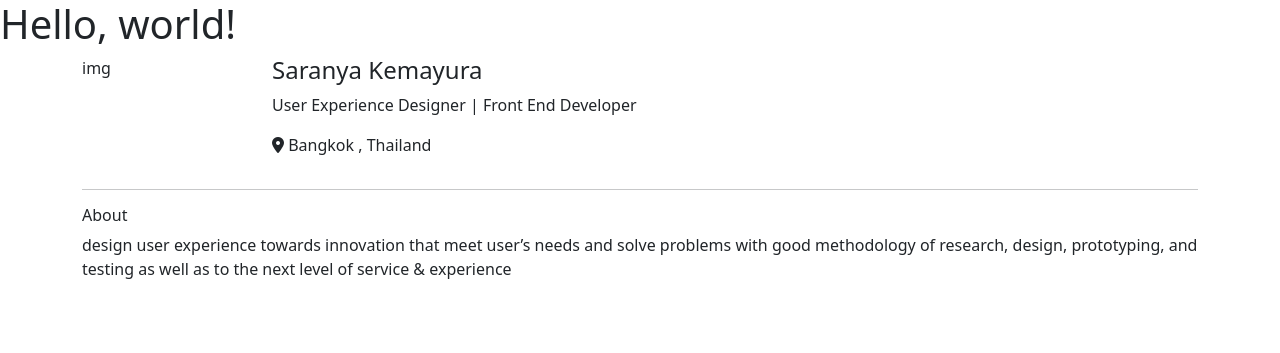
Repository: 0910th/portfolio
Page: index.html
The author's editor kept a copy of each file at every save. The page is drawn from the files as they stood at one save, then again after the next save.
The browser window is 1280 px wide. The pictures show the whole page.

Above is the page before, as saved 2022-12-12 10:02:21.

### index.html
<!doctype html>
<html lang="en">

<head>
    <meta charset="utf-8">
    <meta name="viewport" content="width=device-width, initial-scale=1">
    <title>Saranya Portfolio</title>

    <link href="./css/bootstrap.min.css" rel="stylesheet" crossorigin="anonymous">
    <link href="./css/mystyle.css" rel="stylesheet" crossorigin="anonymous">
    <!--font awesome -->
    <link rel="stylesheet" href="./fontawesome/css/all.css" type="text/css">
    <link rel="stylesheet" href="./fontawesome/css/fontawesome.css">
    <link rel="stylesheet" href="./fontawesome/css/brands.css">
    <link rel="stylesheet" href="./fontawesome/css/solid.css">
</head>

<body>
    <h1>Hello, world!</h1>
    <div class="container-md">
        <!-- Content here -->
        <!-- section01 Name  -->
        <div class="row justify-content-start">
            <div class="col-2 text-right">
                img
            </div>
            <div class="col-10">
                <h4>Saranya Kemayura</h4>
                <p>User Experience Designer | Front End Developer</p>
                <p><i class="fa-solid fa-location-dot"></i> Bangkok , Thailand </p>
            </div>

        </div>
        <hr>
        <div class="row">

            <h6>About</h6>
            <p>design user experience towards innovation that meet user’s needs and solve problems with good methodology of
                research,
                design, prototyping, and testing as well as to the next level of service & experience</p>
        </div>


    </div>




    <!-- script -->
    <script src="https://cdn.jsdelivr.net/npm/@popperjs/core@2.11.6/dist/umd/popper.min.js"
        integrity="sha384-oBqDVmMz9ATKxIep9tiCxS/Z9fNfEXiDAYTujMAeBAsjFuCZSmKbSSUnQlmh/jp3"
        crossorigin="anonymous"></script>
    <script src="https://cdn.jsdelivr.net/npm/bootstrap@5.2.3/dist/js/bootstrap.min.js"
        integrity="sha384-cuYeSxntonz0PPNlHhBs68uyIAVpIIOZZ5JqeqvYYIcEL727kskC66kF92t6Xl2V"
        crossorigin="anonymous"></script>
</body>

</html>

### fontawesome/css/brands.css
/*!
 * Font Awesome Free 6.1.1 by @fontawesome - https://fontawesome.com
 * License - https://fontawesome.com/license/free (Icons: CC BY 4.0, Fonts: SIL OFL 1.1, Code: MIT License)
 * Copyright 2022 Fonticons, Inc.
 */
:root, :host {
  --fa-font-brands: normal 400 1em/1 "Font Awesome 6 Brands"; }

@font-face {
  font-family: 'Font Awesome 6 Brands';
  font-style: normal;
  font-weight: 400;
  font-display: block;
  src: url("../webfonts/fa-brands-400.woff2") format("woff2"), url("../webfonts/fa-brands-400.ttf") format("truetype"); }

.fab,
.fa-brands {
  font-family: 'Font Awesome 6 Brands';
  font-weight: 400; }

.fa-42-group:before {
  content: "\e080"; }

.fa-innosoft:before {
  content: "\e080"; }

.fa-500px:before {
  content: "\f26e"; }

.fa-accessible-icon:before {
  content: "\f368"; }

.fa-accusoft:before {
  content: "\f369"; }

.fa-adn:before {
  content: "\f170"; }

.fa-adversal:before {
  content: "\f36a"; }

.fa-affiliatetheme:before {
  content: "\f36b"; }

.fa-airbnb:before {
  content: "\f834"; }

.fa-algolia:before {
  content: "\f36c"; }

.fa-alipay:before {
  content: "\f642"; }

.fa-amazon:before {
  content: "\f270"; }

.fa-amazon-pay:before {
  content: "\f42c"; }

.fa-amilia:before {
  content: "\f36d"; }

.fa-android:before {
  content: "\f17b"; }

.fa-angellist:before {
  content: "\f209"; }

.fa-angrycreative:before {
  content: "\f36e"; }

.fa-angular:before {
  content: "\f420"; }

.fa-app-store:before {
  content: "\f36f"; }

.fa-app-store-ios:before {
  content: "\f370"; }

.fa-apper:before {
  content: "\f371"; }

.fa-apple:before {
  content: "\f179"; }

.fa-apple-pay:before {
  content: "\f415"; }

.fa-artstation:before {
  content: "\f77a"; }

.fa-asymmetrik:before {
  content: "\f372"; }

.fa-atlassian:before {
  content: "\f77b"; }

.fa-audible:before {
  content: "\f373"; }

.fa-autoprefixer:before {
  content: "\f41c"; }

.fa-avianex:before {
  content: "\f374"; }

.fa-aviato:before {
  content: "\f421"; }

.fa-aws:before {
  content: "\f375"; }

.fa-bandcamp:before {
  content: "\f2d5"; }

.fa-battle-net:before {
  content: "\f835"; }

.fa-behance:before {
  content: "\f1b4"; }

.fa-behance-square:before {
  content: "\f1b5"; }

.fa-bilibili:before {
  content: "\e3d9"; }

.fa-bimobject:before {
  content: "\f378"; }

.fa-bitbucket:before {
  content: "\f171"; }

.fa-bitcoin:before {
  content: "\f379"; }

.fa-bity:before {
  content: "\f37a"; }

.fa-black-tie:before {
  content: "\f27e"; }

.fa-blackberry:before {
  content: "\f37b"; }

.fa-blogger:before {
  content: "\f37c"; }

.fa-blogger-b:before {
  content: "\f37d"; }

.fa-bluetooth:before {
  content: "\f293"; }

.fa-bluetooth-b:before {
  content: "\f294"; }

.fa-bootstrap:before {
  content: "\f836"; }

.fa-bots:before {
  content: "\e340"; }

.fa-btc:before {
  content: "\f15a"; }

.fa-buffer:before {
  content: "\f837"; }

.fa-buromobelexperte:before {
  content: "\f37f"; }

.fa-buy-n-large:before {
  content: "\f8a6"; }

.fa-buysellads:before {
  content: "\f20d"; }

.fa-canadian-maple-leaf:before {
  content: "\f785"; }

.fa-cc-amazon-pay:before {
  content: "\f42d"; }

.fa-cc-amex:before {
  content: "\f1f3"; }

.fa-cc-apple-pay:before {
  content: "\f416"; }

.fa-cc-diners-club:before {
  content: "\f24c"; }

.fa-cc-discover:before {
  content: "\f1f2"; }

.fa-cc-jcb:before {
  content: "\f24b"; }

.fa-cc-mastercard:before {
  content: "\f1f1"; }

.fa-cc-paypal:before {
  content: "\f1f4"; }

.fa-cc-stripe:before {
  content: "\f1f5"; }

.fa-cc-visa:before {
  content: "\f1f0"; }

.fa-centercode:before {
  content: "\f380"; }

.fa-centos:before {
  content: "\f789"; }

.fa-chrome:before {
  content: "\f268"; }

.fa-chromecast:before {
  content: "\f838"; }

.fa-cloudflare:before {
  content: "\e07d"; }

.fa-cloudscale:before {
  content: "\f383"; }

.fa-cloudsmith:before {
  content: "\f384"; }

.fa-cloudversify:before {
  content: "\f385"; }

.fa-cmplid:before {
  content: "\e360"; }

.fa-codepen:before {
  content: "\f1cb"; }

.fa-codiepie:before {
  content: "\f284"; }

.fa-confluence:before {
  content: "\f78d"; }

.fa-connectdevelop:before {
  content: "\f20e"; }

.fa-contao:before {
  content: "\f26d"; }

.fa-cotton-bureau:before {
  content: "\f89e"; }

.fa-cpanel:before {
  content: "\f388"; }

.fa-creative-commons:before {
  content: "\f25e"; }

.fa-creative-commons-by:before {
  content: "\f4e7"; }

.fa-creative-commons-nc:before {
  content: "\f4e8"; }

.fa-creative-commons-nc-eu:before {
  content: "\f4e9"; }

.fa-creative-commons-nc-jp:before {
  content: "\f4ea"; }

.fa-creative-commons-nd:before {
  content: "\f4eb"; }

.fa-creative-commons-pd:before {
  content: "\f4ec"; }

.fa-creative-commons-pd-alt:before {
  content: "\f4ed"; }

.fa-creative-commons-remix:before {
  content: "\f4ee"; }

.fa-creative-commons-sa:before {
  content: "\f4ef"; }

.fa-creative-commons-sampling:before {
  content: "\f4f0"; }

.fa-creative-commons-sampling-plus:before {
  content: "\f4f1"; }

.fa-creative-commons-share:before {
  content: "\f4f2"; }

.fa-creative-commons-zero:before {
  content: "\f4f3"; }

.fa-critical-role:before {
  content: "\f6c9"; }

.fa-css3:before {
  content: "\f13c"; }

.fa-css3-alt:before {
  content: "\f38b"; }

.fa-cuttlefish:before {
  content: "\f38c"; }

.fa-d-and-d:before {
  content: "\f38d"; }

.fa-d-and-d-beyond:before {
  content: "\f6ca"; }

.fa-dailymotion:before {
  content: "\e052"; }

.fa-dashcube:before {
  content: "\f210"; }

.fa-deezer:before {
  content: "\e077"; }

.fa-delicious:before {
  content: "\f1a5"; }

.fa-deploydog:before {
  content: "\f38e"; }

.fa-deskpro:before {
  content: "\f38f"; }

.fa-dev:before {
  content: "\f6cc"; }

.fa-deviantart:before {
  content: "\f1bd"; }

.fa-dhl:before {
  content: "\f790"; }

.fa-diaspora:before {
  content: "\f791"; }

.fa-digg:before {
  content: "\f1a6"; }

.fa-digital-ocean:before {
  content: "\f391"; }

.fa-discord:before {
  content: "\f392"; }

.fa-discourse:before {
  content: "\f393"; }

.fa-dochub:before {
  content: "\f394"; }

.fa-docker:before {
  content: "\f395"; }

.fa-draft2digital:before {
  content: "\f396"; }

.fa-dribbble:before {
  content: "\f17d"; }

.fa-dribbble-square:before {
  content: "\f397"; }

.fa-dropbox:before {
  content: "\f16b"; }

.fa-drupal:before {
  content: "\f1a9"; }

.fa-dyalog:before {
  content: "\f399"; }

.fa-earlybirds:before {
  content: "\f39a"; }

.fa-ebay:before {
  content: "\f4f4"; }

.fa-edge:before {
  content: "\f282"; }

.fa-edge-legacy:before {
  content: "\e078"; }

.fa-elementor:before {
  content: "\f430"; }

.fa-ello:before {
  content: "\f5f1"; }

.fa-ember:before {
  content: "\f423"; }

.fa-empire:before {
  content: "\f1d1"; }

.fa-envira:before {
  content: "\f299"; }

.fa-erlang:before {
  content: "\f39d"; }

.fa-ethereum:before {
  content: "\f42e"; }

.fa-etsy:before {
  content: "\f2d7"; }

.fa-evernote:before {
  content: "\f839"; }

.fa-expeditedssl:before {
  content: "\f23e"; }

.fa-facebook:before {
  content: "\f09a"; }

.fa-facebook-f:before {
  content: "\f39e"; }

.fa-facebook-messenger:before {
  content: "\f39f"; }

.fa-facebook-square:before {
  content: "\f082"; }

.fa-fantasy-flight-games:before {
  content: "\f6dc"; }

.fa-fedex:before {
  content: "\f797"; }

.fa-fedora:before {
  content: "\f798"; }

.fa-figma:before {
  content: "\f799"; }

.fa-firefox:before {
  content: "\f269"; }

.fa-firefox-browser:before {
  content: "\e007"; }

.fa-first-order:before {
  content: "\f2b0"; }

.fa-first-order-alt:before {
  content: "\f50a"; }

.fa-firstdraft:before {
  content: "\f3a1"; }

.fa-flickr:before {
  content: "\f16e"; }

.fa-flipboard:before {
  content: "\f44d"; }

.fa-fly:before {
  content: "\f417"; }

.fa-font-awesome:before {
  content: "\f2b4"; }

.fa-font-awesome-flag:before {
  content: "\f2b4"; }

.fa-font-awesome-logo-full:before {
  content: "\f2b4"; }

.fa-fonticons:before {
  content: "\f280"; }

.fa-fonticons-fi:before {
  content: "\f3a2"; }

.fa-fort-awesome:before {
  content: "\f286"; }

.fa-fort-awesome-alt:before {
  content: "\f3a3"; }

.fa-forumbee:before {
  content: "\f211"; }

.fa-foursquare:before {
  content: "\f180"; }

.fa-free-code-camp:before {
  content: "\f2c5"; }

.fa-freebsd:before {
  content: "\f3a4"; }

.fa-fulcrum:before {
  content: "\f50b"; }

.fa-galactic-republic:before {
  content: "\f50c"; }

.fa-galactic-senate:before {
  content: "\f50d"; }

.fa-get-pocket:before {
  content: "\f265"; }

.fa-gg:before {
  content: "\f260"; }

.fa-gg-circle:before {
  content: "\f261"; }

.fa-git:before {
  content: "\f1d3"; }

.fa-git-alt:before {
  content: "\f841"; }

.fa-git-square:before {
  content: "\f1d2"; }

.fa-github:before {
  content: "\f09b"; }

.fa-github-alt:before {
  content: "\f113"; }

.fa-github-square:before {
  content: "\f092"; }

.fa-gitkraken:before {
  content: "\f3a6"; }

.fa-gitlab:before {
  content: "\f296"; }

.fa-gitter:before {
  content: "\f426"; }

.fa-glide:before {
  content: "\f2a5"; }

.fa-glide-g:before {
  content: "\f2a6"; }

.fa-gofore:before {
  content: "\f3a7"; }

.fa-golang:before {
  content: "\e40f"; }

.fa-goodreads:before {
  content: "\f3a8"; }

.fa-goodreads-g:before {
  content: "\f3a9"; }

.fa-google:before {
  content: "\f1a0"; }

.fa-google-drive:before {
  content: "\f3aa"; }

.fa-google-pay:before {
  content: "\e079"; }

.fa-google-play:before {
  content: "\f3ab"; }

.fa-google-plus:before {
  content: "\f2b3"; }

.fa-google-plus-g:before {
  content: "\f0d5"; }

.fa-google-plus-square:before {
  content: "\f0d4"; }

.fa-google-wallet:before {
  content: "\f1ee"; }

.fa-gratipay:before {
  content: "\f184"; }

.fa-grav:before {
  content: "\f2d6"; }

.fa-gripfire:before {
  content: "\f3ac"; }

.fa-grunt:before {
  content: "\f3ad"; }

.fa-guilded:before {
  content: "\e07e"; }

.fa-gulp:before {
  content: "\f3ae"; }

.fa-hacker-news:before {
  content: "\f1d4"; }

.fa-hacker-news-square:before {
  content: "\f3af"; }

.fa-hackerrank:before {
  content: "\f5f7"; }

.fa-hashnode:before {
  content: "\e499"; }

.fa-hips:before {
  content: "\f452"; }

.fa-hire-a-helper:before {
  content: "\f3b0"; }

.fa-hive:before {
  content: "\e07f"; }

.fa-hooli:before {
  content: "\f427"; }

.fa-hornbill:before {
  content: "\f592"; }

.fa-hotjar:before {
  content: "\f3b1"; }

.fa-houzz:before {
  content: "\f27c"; }

.fa-html5:before {
  content: "\f13b"; }

.fa-hubspot:before {
  content: "\f3b2"; }

.fa-ideal:before {
  content: "\e013"; }

.fa-imdb:before {
  content: "\f2d8"; }

.fa-instagram:before {
  content: "\f16d"; }

.fa-instagram-square:before {
  content: "\e055"; }

.fa-instalod:before {
  content: "\e081"; }

.fa-intercom:before {
  content: "\f7af"; }

.fa-internet-explorer:before {
  content: "\f26b"; }

.fa-invision:before {
  content: "\f7b0"; }

.fa-ioxhost:before {
  content: "\f208"; }

.fa-itch-io:before {
  content: "\f83a"; }

.fa-itunes:before {
  content: "\f3b4"; }

.fa-itunes-note:before {
  content: "\f3b5"; }

.fa-java:before {
  content: "\f4e4"; }

.fa-jedi-order:before {
  content: "\f50e"; }

.fa-jenkins:before {
  content: "\f3b6"; }

.fa-jira:before {
  content: "\f7b1"; }

.fa-joget:before {
  content: "\f3b7"; }

.fa-joomla:before {
  content: "\f1aa"; }

.fa-js:before {
  content: "\f3b8"; }

.fa-js-square:before {
  content: "\f3b9"; }

.fa-jsfiddle:before {
  content: "\f1cc"; }

.fa-kaggle:before {
  content: "\f5fa"; }

.fa-keybase:before {
  content: "\f4f5"; }

.fa-keycdn:before {
  content: "\f3ba"; }

.fa-kickstarter:before {
  content: "\f3bb"; }

.fa-kickstarter-k:before {
  content: "\f3bc"; }

.fa-korvue:before {
  content: "\f42f"; }

.fa-laravel:before {
  content: "\f3bd"; }

.fa-lastfm:before {
  content: "\f202"; }

.fa-lastfm-square:before {
  content: "\f203"; }

.fa-leanpub:before {
  content: "\f212"; }

.fa-less:before {
  content: "\f41d"; }

.fa-line:before {
  content: "\f3c0"; }

.fa-linkedin:before {
  content: "\f08c"; }

.fa-linkedin-in:before {
  content: "\f0e1"; }

.fa-linode:before {
  content: "\f2b8"; }

.fa-linux:before {
  content: "\f17c"; }

.fa-lyft:before {
  content: "\f3c3"; }

.fa-magento:before {
  content: "\f3c4"; }

.fa-mailchimp:before {
  content: "\f59e"; }

.fa-mandalorian:before {
  content: "\f50f"; }

.fa-markdown:before {
  content: "\f60f"; }

.fa-mastodon:before {
  content: "\f4f6"; }

.fa-maxcdn:before {
  content: "\f136"; }

.fa-mdb:before {
  content: "\f8ca"; }

.fa-medapps:before {
  content: "\f3c6"; }

.fa-medium:before {
  content: "\f23a"; }

.fa-medium-m:before {
  content: "\f23a"; }

.fa-medrt:before {
  content: "\f3c8"; }

.fa-meetup:before {
  content: "\f2e0"; }

.fa-megaport:before {
  content: "\f5a3"; }

.fa-mendeley:before {
  content: "\f7b3"; }

.fa-microblog:before {
  content: "\e01a"; }

.fa-microsoft:before {
  content: "\f3ca"; }

.fa-mix:before {
  content: "\f3cb"; }

.fa-mixcloud:before {
  content: "\f289"; }

.fa-mixer:before {
  content: "\e056"; }

.fa-mizuni:before {
  content: "\f3cc"; }

.fa-modx:before {
  content: "\f285"; }

.fa-monero:before {
  content: "\f3d0"; }

.fa-napster:before {
  content: "\f3d2"; }

.fa-neos:before {
  content: "\f612"; }

.fa-nfc-directional:before {
  content: "\e530"; }

.fa-nfc-symbol:before {
  content: "\e531"; }

.fa-nimblr:before {
  content: "\f5a8"; }

.fa-node:before {
  content: "\f419"; }

.fa-node-js:before {
  content: "\f3d3"; }

.fa-npm:before {
  content: "\f3d4"; }

.fa-ns8:before {
  content: "\f3d5"; }

.fa-nutritionix:before {
  content: "\f3d6"; }

.fa-octopus-deploy:before {
  content: "\e082"; }

.fa-odnoklassniki:before {
  content: "\f263"; }

.fa-odnoklassniki-square:before {
  content: "\f264"; }

.fa-old-republic:before {
  content: "\f510"; }

.fa-opencart:before {
  content: "\f23d"; }

.fa-openid:before {
  content: "\f19b"; }

.fa-opera:before {
  content: "\f26a"; }

.fa-optin-monster:before {
  content: "\f23c"; }

.fa-orcid:before {
  content: "\f8d2"; }

.fa-osi:before {
  content: "\f41a"; }

.fa-padlet:before {
  content: "\e4a0"; }

.fa-page4:before {
  content: "\f3d7"; }

.fa-pagelines:before {
  content: "\f18c"; }

.fa-palfed:before {
  content: "\f3d8"; }

.fa-patreon:before {
  content: "\f3d9"; }

.fa-paypal:before {
  content: "\f1ed"; }

.fa-perbyte:before {
  content: "\e083"; }

.fa-periscope:before {
  content: "\f3da"; }

.fa-phabricator:before {
  content: "\f3db"; }

.fa-phoenix-framework:before {
  content: "\f3dc"; }

.fa-phoenix-squadron:before {
  content: "\f511"; }

.fa-php:before {
  content: "\f457"; }

.fa-pied-piper:before {
  content: "\f2ae"; }

.fa-pied-piper-alt:before {
  content: "\f1a8"; }

.fa-pied-piper-hat:before {
  content: "\f4e5"; }

.fa-pied-piper-pp:before {
  content: "\f1a7"; }

.fa-pied-piper-square:before {
  content: "\e01e"; }

.fa-pinterest:before {
  content: "\f0d2"; }

.fa-pinterest-p:before {
  content: "\f231"; }

.fa-pinterest-square:before {
  content: "\f0d3"; }

.fa-pix:before {
  content: "\e43a"; }

.fa-playstation:before {
  content: "\f3df"; }

.fa-product-hunt:before {
  content: "\f288"; }

.fa-pushed:before {
  content: "\f3e1"; }

.fa-python:before {
  content: "\f3e2"; }

.fa-qq:before {
  content: "\f1d6"; }

.fa-quinscape:before {
  content: "\f459"; }

.fa-quora:before {
  content: "\f2c4"; }

.fa-r-project:before {
  content: "\f4f7"; }

.fa-raspberry-pi:before {
  content: "\f7bb"; }

.fa-ravelry:before {
  content: "\f2d9"; }

.fa-react:before {
  content: "\f41b"; }

.fa-reacteurope:before {
  content: "\f75d"; }

.fa-readme:before {
  content: "\f4d5"; }

.fa-rebel:before {
  content: "\f1d0"; }

.fa-red-river:before {
  content: "\f3e3"; }

.fa-reddit:before {
  content: "\f1a1"; }

.fa-reddit-alien:before {
  content: "\f281"; }

.fa-reddit-square:before {
  content: "\f1a2"; }

.fa-redhat:before {
  content: "\f7bc"; }

.fa-renren:before {
  content: "\f18b"; }

.fa-replyd:before {
  content: "\f3e6"; }

.fa-researchgate:before {
  content: "\f4f8"; }

.fa-resolving:before {
  content: "\f3e7"; }

.fa-rev:before {
  content: "\f5b2"; }

.fa-rocketchat:before {
  content: "\f3e8"; }

.fa-rockrms:before {
  content: "\f3e9"; }

.fa-rust:before {
  content: "\e07a"; }

.fa-safari:before {
  content: "\f267"; }

.fa-salesforce:before {
  content: "\f83b"; }

.fa-sass:before {
  content: "\f41e"; }

.fa-schlix:before {
  content: "\f3ea"; }

.fa-screenpal:before {
  content: "\e570"; }

.fa-scribd:before {
  content: "\f28a"; }

.fa-searchengin:before {
  content: "\f3eb"; }

.fa-sellcast:before {
  content: "\f2da"; }

.fa-sellsy:before {
  content: "\f213"; }

.fa-servicestack:before {
  content: "\f3ec"; }

.fa-shirtsinbulk:before {
  content: "\f214"; }

.fa-shopify:before {
  content: "\e057"; }

.fa-shopware:before {
  content: "\f5b5"; }

.fa-simplybuilt:before {
  content: "\f215"; }

.fa-sistrix:before {
  content: "\f3ee"; }

.fa-sith:before {
  content: "\f512"; }

.fa-sitrox:before {
  content: "\e44a"; }

.fa-sketch:before {
  content: "\f7c6"; }

.fa-skyatlas:before {
  content: "\f216"; }

.fa-skype:before {
  content: "\f17e"; }

.fa-slack:before {
  content: "\f198"; }

.fa-slack-hash:before {
  content: "\f198"; }

.fa-slideshare:before {
  content: "\f1e7"; }

.fa-snapchat:before {
  content: "\f2ab"; }

.fa-snapchat-ghost:before {
  content: "\f2ab"; }

.fa-snapchat-square:before {
  content: "\f2ad"; }

.fa-soundcloud:before {
  content: "\f1be"; }

.fa-sourcetree:before {
  content: "\f7d3"; }

.fa-speakap:before {
  content: "\f3f3"; }

.fa-speaker-deck:before {
  content: "\f83c"; }

.fa-spotify:before {
  content: "\f1bc"; }

.fa-square-font-awesome:before {
  content: "\f425"; }

.fa-square-font-awesome-stroke:before {
  content: "\f35c"; }

.fa-font-awesome-alt:before {
  content: "\f35c"; }

.fa-squarespace:before {
  content: "\f5be"; }

.fa-stack-exchange:before {
  content: "\f18d"; }

.fa-stack-overflow:before {
  content: "\f16c"; }

.fa-stackpath:before {
  content: "\f842"; }

.fa-staylinked:before {
  content: "\f3f5"; }

.fa-steam:before {
  content: "\f1b6"; }

.fa-steam-square:before {
  content: "\f1b7"; }

.fa-steam-symbol:before {
  content: "\f3f6"; }

.fa-sticker-mule:before {
  content: "\f3f7"; }

.fa-strava:before {
  content: "\f428"; }

.fa-stripe:before {
  content: "\f429"; }

.fa-stripe-s:before {
  content: "\f42a"; }

.fa-studiovinari:before {
  content: "\f3f8"; }

.fa-stumbleupon:before {
  content: "\f1a4"; }

.fa-stumbleupon-circle:before {
  content: "\f1a3"; }

.fa-superpowers:before {
  content: "\f2dd"; }

.fa-supple:before {
  content: "\f3f9"; }

.fa-suse:before {
  content: "\f7d6"; }

.fa-swift:before {
  content: "\f8e1"; }

.fa-symfony:before {
  content: "\f83d"; }

.fa-teamspeak:before {
  content: "\f4f9"; }

.fa-telegram:before {
  content: "\f2c6"; }

.fa-telegram-plane:before {
  content: "\f2c6"; }

.fa-tencent-weibo:before {
  content: "\f1d5"; }

.fa-the-red-yeti:before {
  content: "\f69d"; }

.fa-themeco:before {
  content: "\f5c6"; }

.fa-themeisle:before {
  content: "\f2b2"; }

.fa-think-peaks:before {
  content: "\f731"; }

.fa-tiktok:before {
  content: "\e07b"; }

.fa-trade-federation:before {
  content: "\f513"; }

.fa-trello:before {
  content: "\f181"; }

.fa-tumblr:before {
  content: "\f173"; }

.fa-tumblr-square:before {
  content: "\f174"; }

.fa-twitch:before {
  content: "\f1e8"; }

.fa-twitter:before {
  content: "\f099"; }

.fa-twitter-square:before {
  content: "\f081"; }

.fa-typo3:before {
  content: "\f42b"; }

.fa-uber:before {
  content: "\f402"; }

.fa-ubuntu:before {
  content: "\f7df"; }

.fa-uikit:before {
  content: "\f403"; }

.fa-umbraco:before {
  content: "\f8e8"; }

.fa-uncharted:before {
  content: "\e084"; }

.fa-uniregistry:before {
  content: "\f404"; }

.fa-unity:before {
  content: "\e049"; }

.fa-unsplash:before {
  content: "\e07c"; }

.fa-untappd:before {
  content: "\f405"; }

.fa-ups:before {
  content: "\f7e0"; }

.fa-usb:before {
  content: "\f287"; }

.fa-usps:before {
  content: "\f7e1"; }

.fa-ussunnah:before {
  content: "\f407"; }

.fa-vaadin:before {
  content: "\f408"; }

.fa-viacoin:before {
  content: "\f237"; }

.fa-viadeo:before {
  content: "\f2a9"; }

.fa-viadeo-square:before {
  content: "\f2aa"; }

.fa-viber:before {
  content: "\f409"; }

.fa-vimeo:before {
  content: "\f40a"; }

.fa-vimeo-square:before {
  content: "\f194"; }

.fa-vimeo-v:before {
  content: "\f27d"; }

.fa-vine:before {
  content: "\f1ca"; }

.fa-vk:before {
  content: "\f189"; }

.fa-vnv:before {
  content: "\f40b"; }

.fa-vuejs:before {
  content: "\f41f"; }

.fa-watchman-monitoring:before {
  content: "\e087"; }

.fa-waze:before {
  content: "\f83f"; }

.fa-weebly:before {
  content: "\f5cc"; }

.fa-weibo:before {
  content: "\f18a"; }

.fa-weixin:before {
  content: "\f1d7"; }

.fa-whatsapp:before {
  content: "\f232"; }

.fa-whatsapp-square:before {
  content: "\f40c"; }

.fa-whmcs:before {
  content: "\f40d"; }

.fa-wikipedia-w:before {
  content: "\f266"; }

.fa-windows:before {
  content: "\f17a"; }

.fa-wirsindhandwerk:before {
  content: "\e2d0"; }

.fa-wsh:before {
  content: "\e2d0"; }

.fa-wix:before {
  content: "\f5cf"; }

.fa-wizards-of-the-coast:before {
  content: "\f730"; }

.fa-wodu:before {
  content: "\e088"; }

.fa-wolf-pack-battalion:before {
  content: "\f514"; }

.fa-wordpress:before {
  content: "\f19a"; }

.fa-wordpress-simple:before {
  content: "\f411"; }

.fa-wpbeginner:before {
  content: "\f297"; }

.fa-wpexplorer:before {
  content: "\f2de"; }

.fa-wpforms:before {
  content: "\f298"; }

.fa-wpressr:before {
  content: "\f3e4"; }

.fa-xbox:before {
  content: "\f412"; }

.fa-xing:before {
  content: "\f168"; }

.fa-xing-square:before {
  content: "\f169"; }

.fa-y-combinator:before {
  content: "\f23b"; }

.fa-yahoo:before {
  content: "\f19e"; }

.fa-yammer:before {
  content: "\f840"; }

.fa-yandex:before {
  content: "\f413"; }

.fa-yandex-international:before {
  content: "\f414"; }

.fa-yarn:before {
  content: "\f7e3"; }

.fa-yelp:before {
  content: "\f1e9"; }

.fa-yoast:before {
  content: "\f2b1"; }

.fa-youtube:before {
  content: "\f167"; }

.fa-youtube-square:before {
  content: "\f431"; }

.fa-zhihu:before {
  content: "\f63f"; }

Loaded but not shown: css/bootstrap.min.css (library); fontawesome/css/all.css (library); fontawesome/css/fontawesome.css (library); fontawesome/css/solid.css (common file); css/mystyle.css (no stored copy; drawn as an empty file)

After the next save:
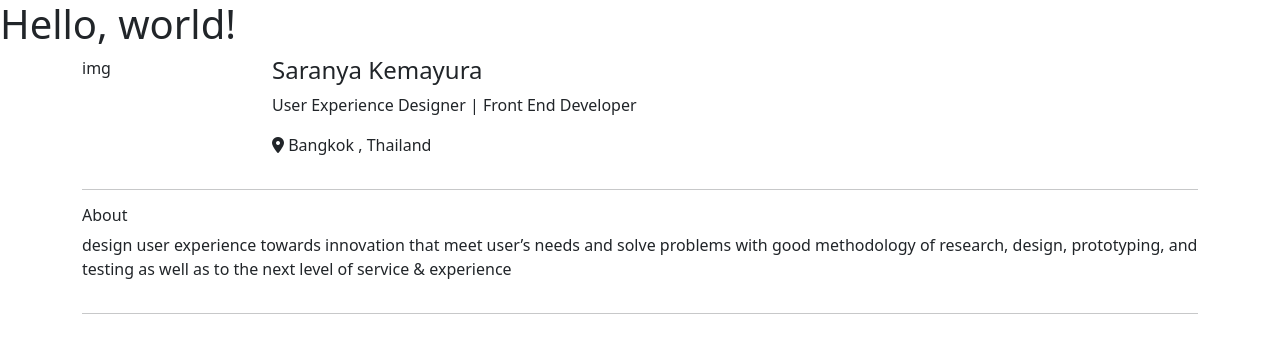
Saved 4 min 18 s later.
--- a/index.html
+++ b/index.html
@@ -39,7 +39,10 @@
                 research,
                 design, prototyping, and testing as well as to the next level of service & experience</p>
         </div>
+        <hr>
+        <div class="row">
 
+        </div>
 
     </div>
 
